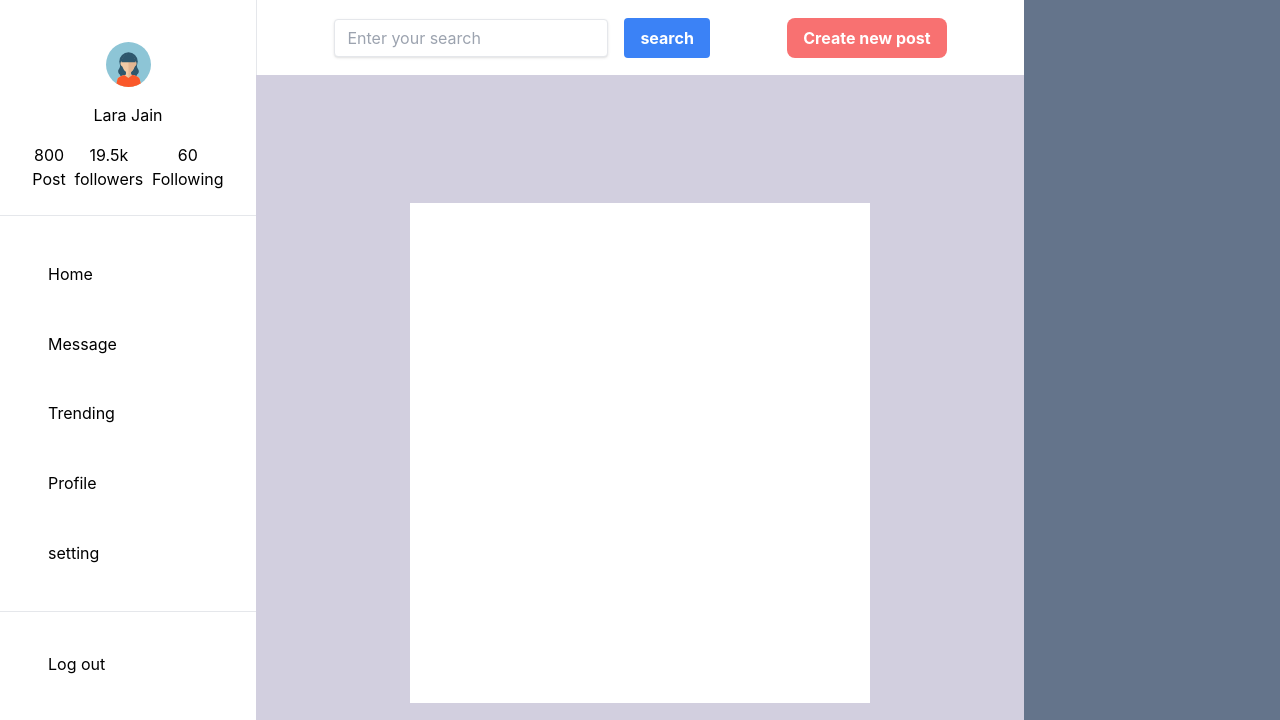
Repository: cosmicswati/upgrad-captions-project
Page: /account/signup
The author's editor kept a copy of each file at every save. The page is drawn from the files as they stood at one save, then again after the next save.
The browser window is 1280 px wide. The pictures show the whole page.
The project was rebuilt for these pictures with package versions that can differ from the ones it lists, and the page was loaded fresh each time. Also part of the build but not shown: src/modules/Authorization/Form.jsx, src/modules/Authorization/index.js.

Above is the page before, as saved 2024-04-09 15:14:49.

### src/index.css
@tailwind base;
@tailwind components;
@tailwind utilities;

body {
  margin: 0;
  font-family: -apple-system, BlinkMacSystemFont, 'Segoe UI', 'Roboto', 'Oxygen',
    'Ubuntu', 'Cantarell', 'Fira Sans', 'Droid Sans', 'Helvetica Neue',
    sans-serif;
  -webkit-font-smoothing: antialiased;
  -moz-osx-font-smoothing: grayscale;
}

code {
  font-family: source-code-pro, Menlo, Monaco, Consolas, 'Courier New',
    monospace;
}

.scrollbar-hide::-webkit-scrollbar{
  display: none;
}

### src/App.js
import Auth from "./modules/Authorization";
import Home from "./modules/Home";


function App() {
  return (
    <div>
      {/* <Auth />  */}
      <Home />
    </div>
  );
}

export default App;

### src/modules/Home/index.js
import React from 'react'
import { ReactComponent as Avatar} from '../../assets/Avatar.svg'
import Input from '../../components/Input';
import Button from '../../components/Button';

const Home = () => {
  return (
    <div className='h-screen bg-[#d2cfdf]  flex overflow-hidden'>
        <div className='w-[20%] bg-white flex flex-col'>
            <div className='h-[30%] flex justify-center items-center border-b'>
                <div className='flex flex-col justify-center items-center'>
                    <Avatar width={'45px'} height={'45px'}/>
                    <p className='my-4'>Lara Jain</p>
                    <div className='h-[30px] flex justify-around w-[200px] text-center'>
                        <div className='flex flex-col justify-around items-center'>
                            <h4>800</h4>
                            <p>Post</p>
                        </div>
                        <div>
                            <h4>19.5k</h4>
                            <p>followers</p>
                        </div>
                        <div>
                            <h4>60</h4>
                            <p>Following</p>
                        </div>
                    </div>
                </div>
            </div>
            <div className='h-[55%] flex flex-col justify-evenly pl-12 border-b'>
                    <div>Home</div>
                    <div>Message</div>
                    <div>Trending</div>
                    <div>Profile</div>
                    <div>setting</div>
            </div>
            <div className='h-[15%] pt-10'>
                <div className='ml-12 cursor-pointer'>Log out</div>
            </div>
        </div>
        <div className='w-[60%] overflow-scroll h-full scrollbar-hide'>
            <div className='bg-white h-[75px] border-l flex justify-evenly items-center pt-4'>
                 <div className='flex justify-center items-center'>
                    <Input placeholder='Enter your search '/>
                    <Button label='search'  className='mb-4 ml-4'/>
                 </div>
                 <Button label='Create new post'  className='rounded-lg bg-red-400 hover:bg-red-500 mb-4'/>
            </div>
            <div className='bg-white w-[60%] h-[500px] mx-auto mt-32'>

            </div>
        </div>
        <div className='w-[20%] bg-slate-500'></div>
    </div>
  )
}

export default Home

### src/components/Input/index.js
import React from 'react'

const Input = ({
    name = '',
    label ='',
    type ='',
    placeholder =''
}) => {
  return (
    <div class="mb-4">
        {
          label &&
          <label class="block text-gray-700 text-sm font-bold mb-2" for={name}>
             {label}
          </label>
        }

        <input class="shadow apperance-none border rounded w-full py-2 px-3
         text-gray-700 leading-tight focus:outline-none focus:shadow-outline"
         id={name} type={type} placeholder={placeholder} />

    </div>
  )

}

export default Input

### src/components/Button/index.js
import React from 'react'

const Button = ({
    label ='',
    className =''
}) => {
  return (
    <button className={`bg-blue-500 hover:bg-blue-700 text-white font-bold py-2 px-4 rounded ${className}`}>
      {label}
  </button>
  )
}

export default Button

### tailwind.config.js
/** @type {import('tailwindcss').Config} */
module.exports = {
 mode:'jit',
 purge: [
  './public/**/*.html',
  './src/**/*.{js,jsx,ts,tsx,vue}',
 ],
  content: [
    "./src/**/*.{js,jsx,ts,tsx}",
  ],
  theme: {
    extend: {},
  },
  plugins: [],
}

Loaded but not shown: public/index.html (common file); src/index.js (common file); src/reportWebVitals.js (common file)

After the next save:
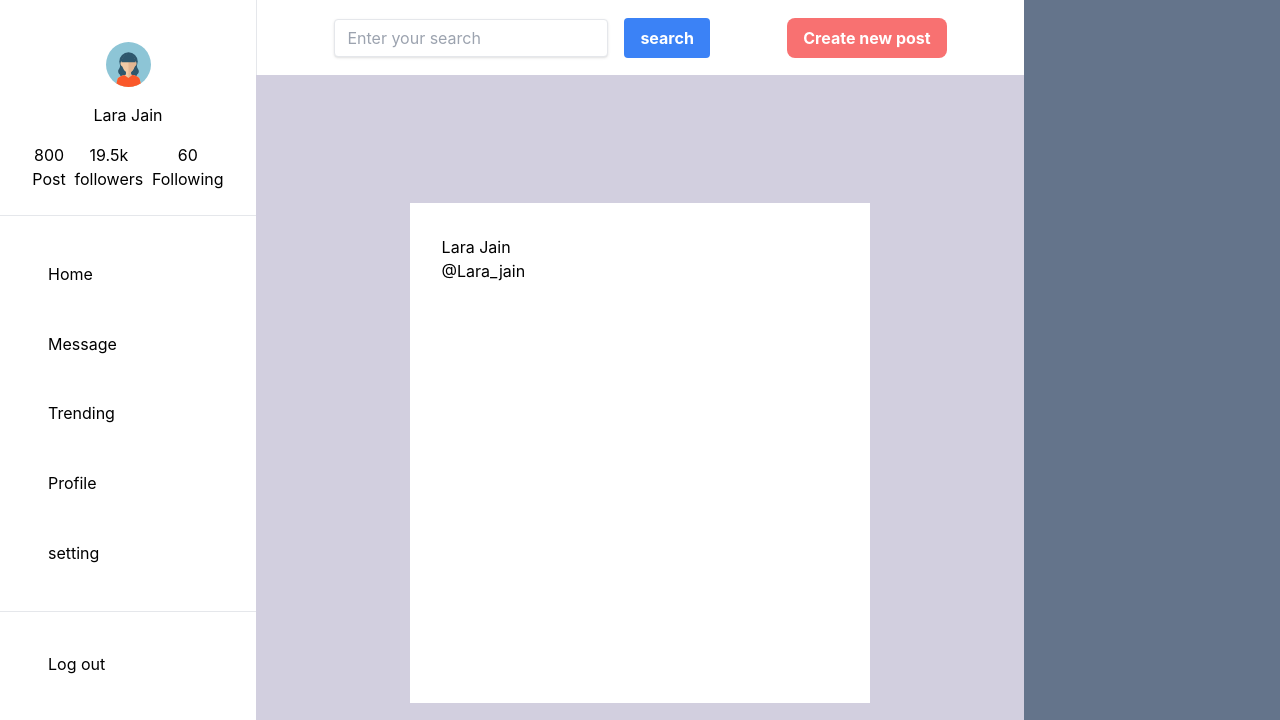
Saved 3 min 18 s later.
--- a/src/modules/Home/index.js
+++ b/src/modules/Home/index.js
@@ -46,8 +46,11 @@ const Home = () => {
                  </div>
                  <Button label='Create new post'  className='rounded-lg bg-red-400 hover:bg-red-500 mb-4'/>
             </div>
-            <div className='bg-white w-[60%] h-[500px] mx-auto mt-32'>
-
+            <div className='bg-white w-[60%] h-[500px] mx-auto mt-32 p-8'>
+                <div>
+                    <h3>Lara Jain</h3>
+                    <p>@Lara_jain</p>
+                </div>
             </div>
         </div>
         <div className='w-[20%] bg-slate-500'></div>
